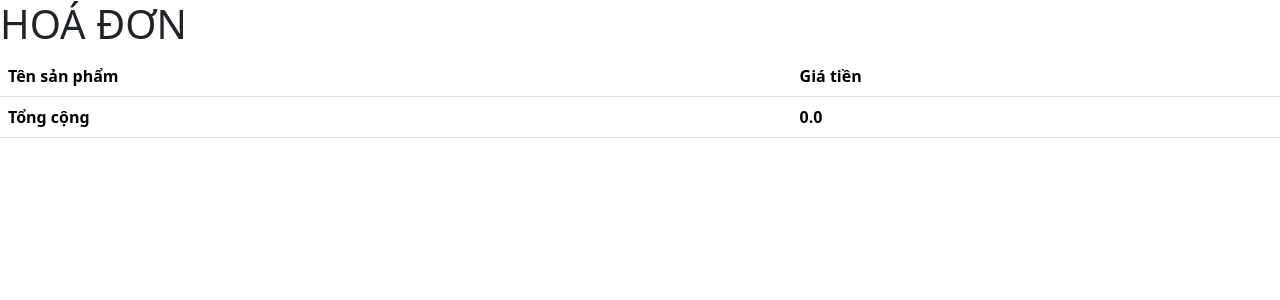
Repository: Vanh260703/Java-Servlet
Page: http://localhost/Bai7/datMuaMayTinh.jsp
The author's editor kept a copy of each file at every save. The page is drawn from the files as they stood at one save, then again after the next save.
The browser window is 1280 px wide. The pictures show the whole page.
The page is served by Tomcat 9.

Above is the page before, as saved 2025-03-04 19:46:48.

After the next save:
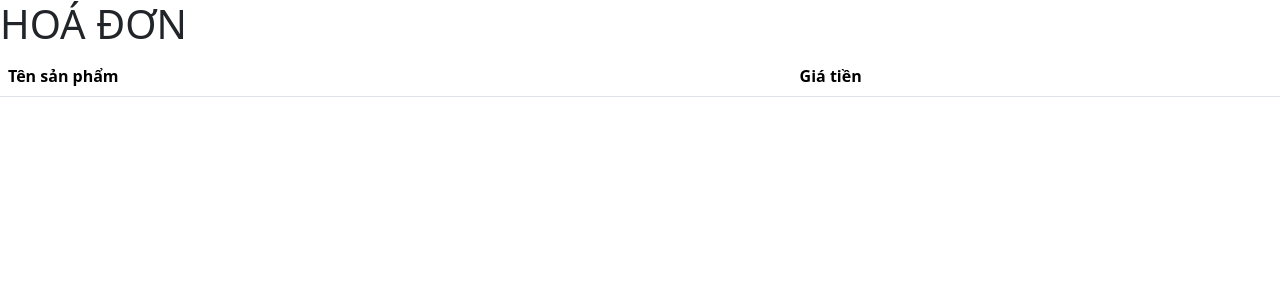
Saved 24 s later.
--- a/Bai7/src/main/webapp/datMuaMayTinh.jsp
+++ b/Bai7/src/main/webapp/datMuaMayTinh.jsp
@@ -4,7 +4,7 @@
 <html>
 <head>
 <meta charset="UTF-8">
-<title>Invoice</title>
+<title>Insert title here</title>
 <link href="https://cdn.jsdelivr.net/npm/bootstrap@5.3.3/dist/css/bootstrap.min.css" rel="stylesheet" integrity="sha384-QWTKZyjpPEjISv5WaRU9OFeRpok6YctnYmDr5pNlyT2bRjXh0JMhjY6hW+ALEwIH" crossorigin="anonymous">
 <script src="https://cdn.jsdelivr.net/npm/@popperjs/core@2.11.8/dist/umd/popper.min.js" integrity="sha384-I7E8VVD/ismYTF4hNIPjVp/Zjvgyol6VFvRkX/vR+Vc4jQkC+hVqc2pM8ODewa9r" crossorigin="anonymous"></script>
 <script src="https://cdn.jsdelivr.net/npm/bootstrap@5.3.3/dist/js/bootstrap.min.js" integrity="sha384-0pUGZvbkm6XF6gxjEnlmuGrJXVbNuzT9qBBavbLwCsOGabYfZo0T0to5eqruptLy" crossorigin="anonymous"></script>
@@ -16,11 +16,6 @@
 		String ram = request.getParameter("ram");
 		double processorPrice = 0;
 		double totalAmount = 0;
-		double ramPrice = 0;
-		double monitorPrice = 0;
-		double accessoriesPrice = 0;
-
-		// Calculate processor price
 		if(processor != null){
 			if(processor.equals("CoreI9")){
 				processorPrice = 5000000;
@@ -32,36 +27,33 @@
 			totalAmount += processorPrice;
 		}
 
-		// Calculate RAM price
 		if(ram != null){
 			if(ram.equals("8GB")){
-				ramPrice = 500000;
+				totalAmount+= 500000;
 			}else if(ram.equals("16GB")){
-				ramPrice = 1200000;
+				totalAmount+= 1200000;
 			}
-			totalAmount += ramPrice;
+
 		}
 
-		// Calculate monitor price
+		//Checkbox => name
 		String monitor = request.getParameter("monitor");
 		if(monitor != null){
-			monitorPrice = 1500000;
-			totalAmount += monitorPrice;
+			totalAmount += 1500000;
 		}
+		//Select String [] mang =  getParameterValues("ten");
 
-		// Calculate accessories price
 		String[] accessories = request.getParameterValues("accessories");
 		if(accessories != null){
-			for(String option: accessories){
-				if(option.equals("Camera")){
-					accessoriesPrice += 800000;
-				}else if(option.equals("Printer")){
-					accessoriesPrice += 1500000;
-				}else if(option.equals("Scanner")){
-					accessoriesPrice += 1500000;
-				}
+		for(String option: accessories){
+			if(option.equals("Camera")){
+				totalAmount += 800000;
+			}else if(option.equals("Printer")){
+				totalAmount += 1500000;
+			}else if(option.equals("Scanner")){
+				totalAmount += 1500000;
 			}
-			totalAmount += accessoriesPrice;
+		}
 		}
 	%>
 
@@ -74,44 +66,13 @@
 	    </tr>
 	  </thead>
 	  <tbody>
-	    <% if(processor != null){ %>
+	  <% if(processor != null){ %>
 	    <tr>
 	      <td><%= processor %></td>
 	      <td><%= processorPrice %></td>
 	    </tr>
 	    <% } %>
-
-	    <% if(ram != null){ %>
-	    <tr>
-	      <td><%= ram %></td>
-	      <td><%= ramPrice %></td>
-	    </tr>
-	    <% } %>
-
-	    <% if(monitor != null){ %>
-	    <tr>
-	      <td>Monitor</td>
-	      <td><%= monitorPrice %></td>
-	    </tr>
-	    <% } %>
-
-	    <% if(accessories != null){ %>
-	    <% for(String option: accessories){ %>
-	    <tr>
-	      <td><%= option %></td>
-	      <td>
-	        <%= option.equals("Camera") ? 800000 :
-	          option.equals("Printer") ? 1500000 : 1500000 %>
-	      </td>
-	    </tr>
-	    <% } %>
-	    <% } %>
-
-	    <tr>
-	      <td><strong>Tổng cộng</strong></td>
-	      <td><strong><%= totalAmount %></strong></td>
-	    </tr>
 	  </tbody>
-	</table>
+</table>
 </body>
 </html>
